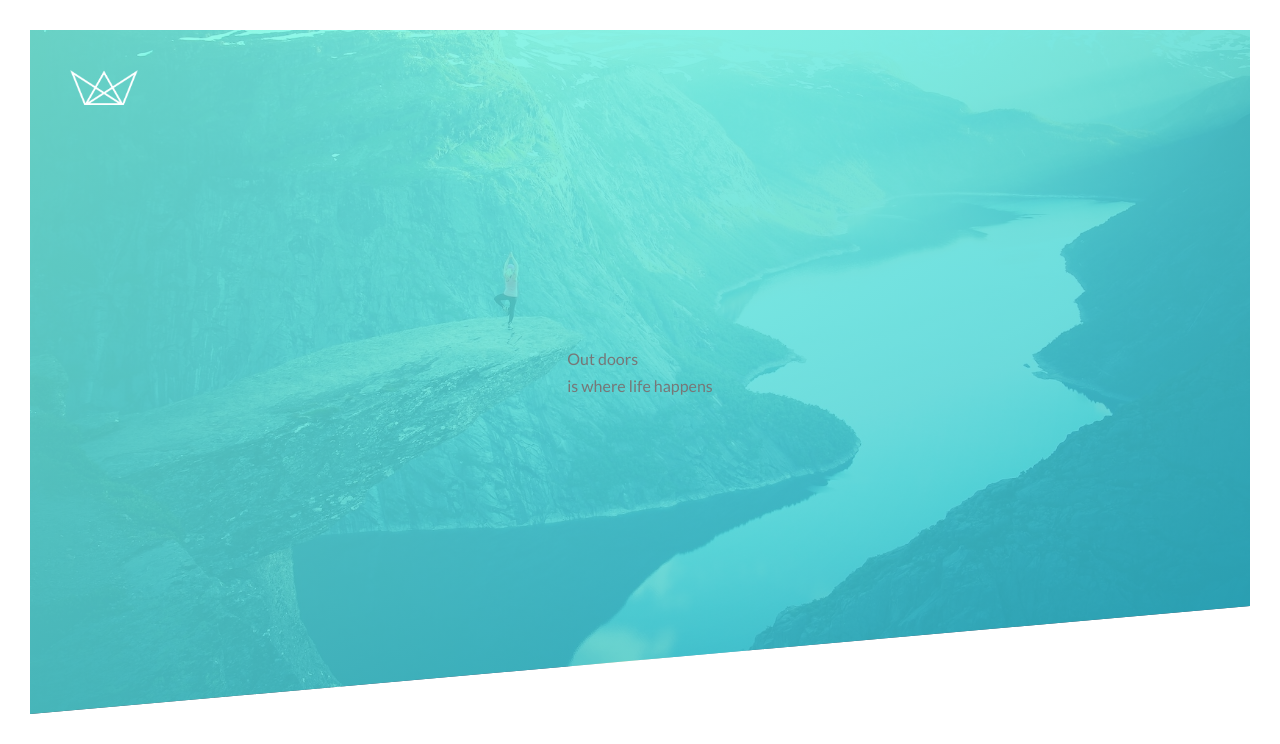
Repository: haokiet2501/natours-page
Page: index.html
The author's editor kept a copy of each file at every save. The page is drawn from the files as they stood at one save, then again after a run of saves.
The browser window is 1280 px wide. The pictures show the whole page.

Above is the page before, as saved 2022-07-31 17:09:37.

After the next 3 saves:
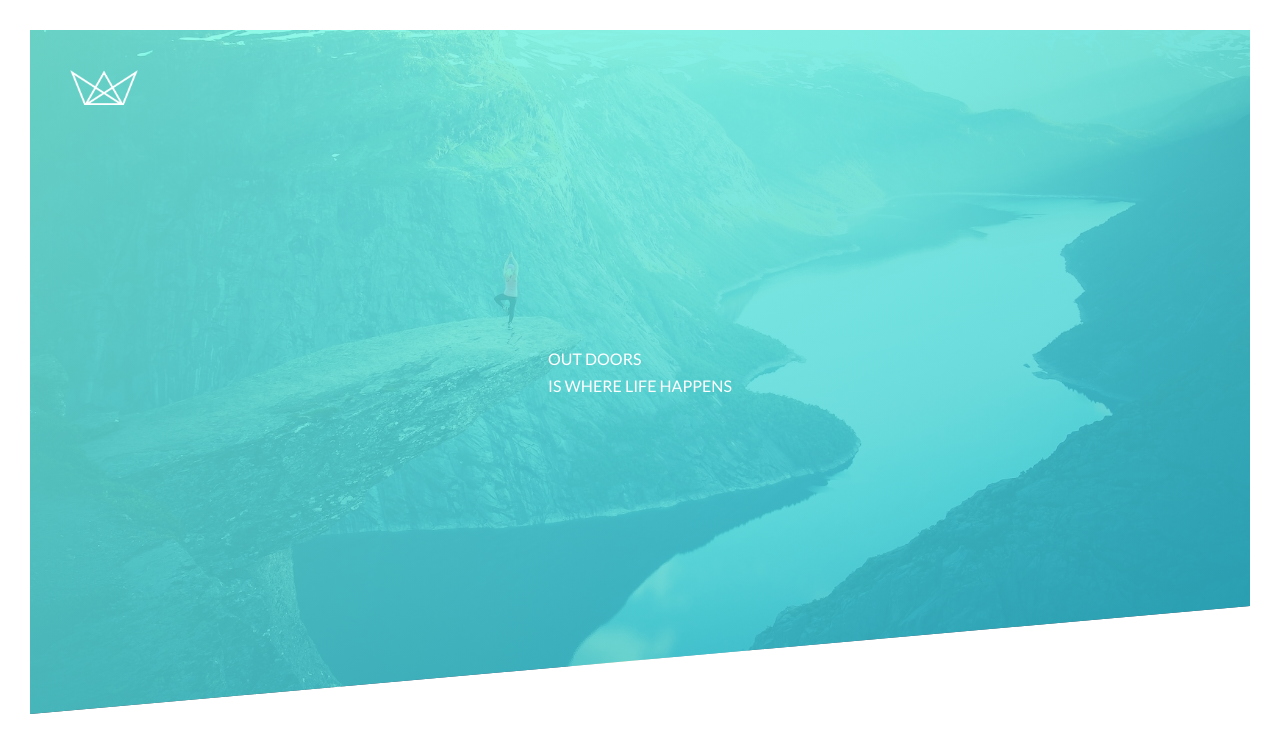
The 3 saves are shown as one change because they came seconds apart.
The last was saved 8 s later.
--- a/styles.css
+++ b/styles.css
@@ -55,4 +55,7 @@ html {
     transform: translate(-50%, -50%);
 }
 
-.heading-text
+.heading-text {
+    color: #fff;
+    text-transform: uppercase;
+}
